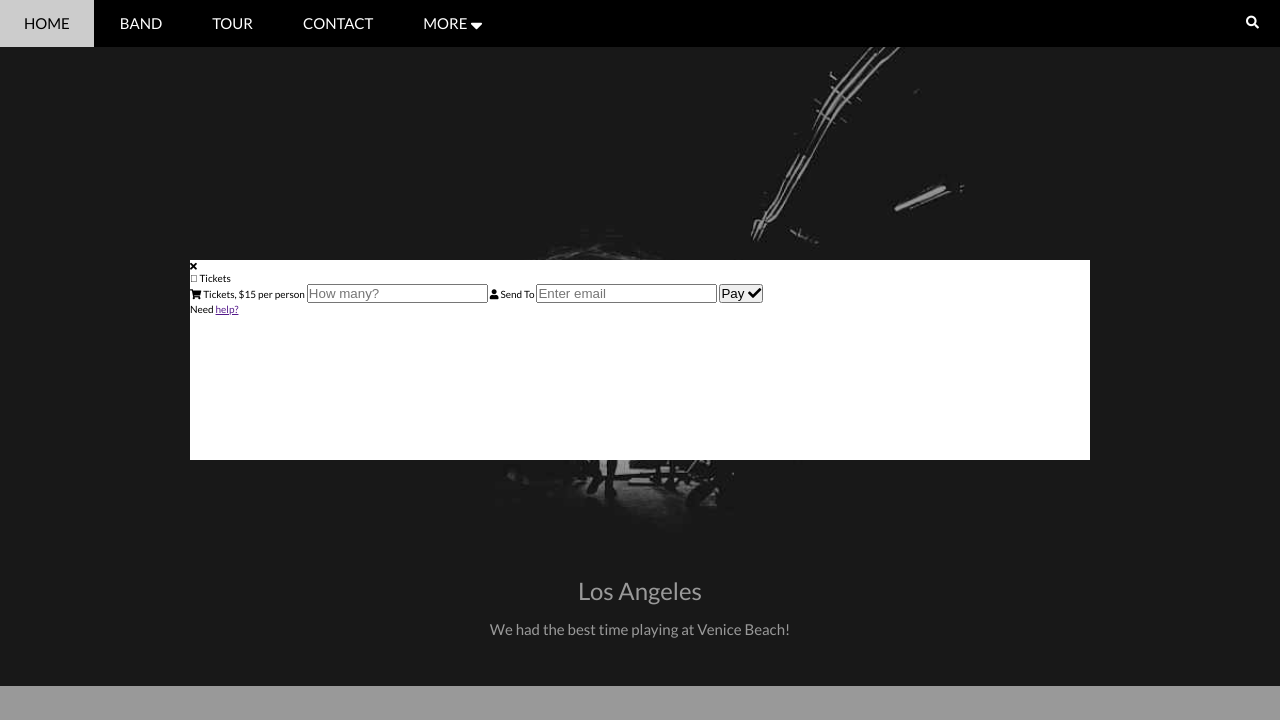
Repository: nguyenthaicong265/w3-band
Page: index.html
These files come from the project's save history. The page is drawn as it stood at one moment and after the next save; the edit follows.
The browser window is 1280 px wide. The pictures show the window.
A layer covers the whole window, so only the first screen is drawn.

Above is the page before, as saved 2022-01-03 11:38:33.

After the next save:
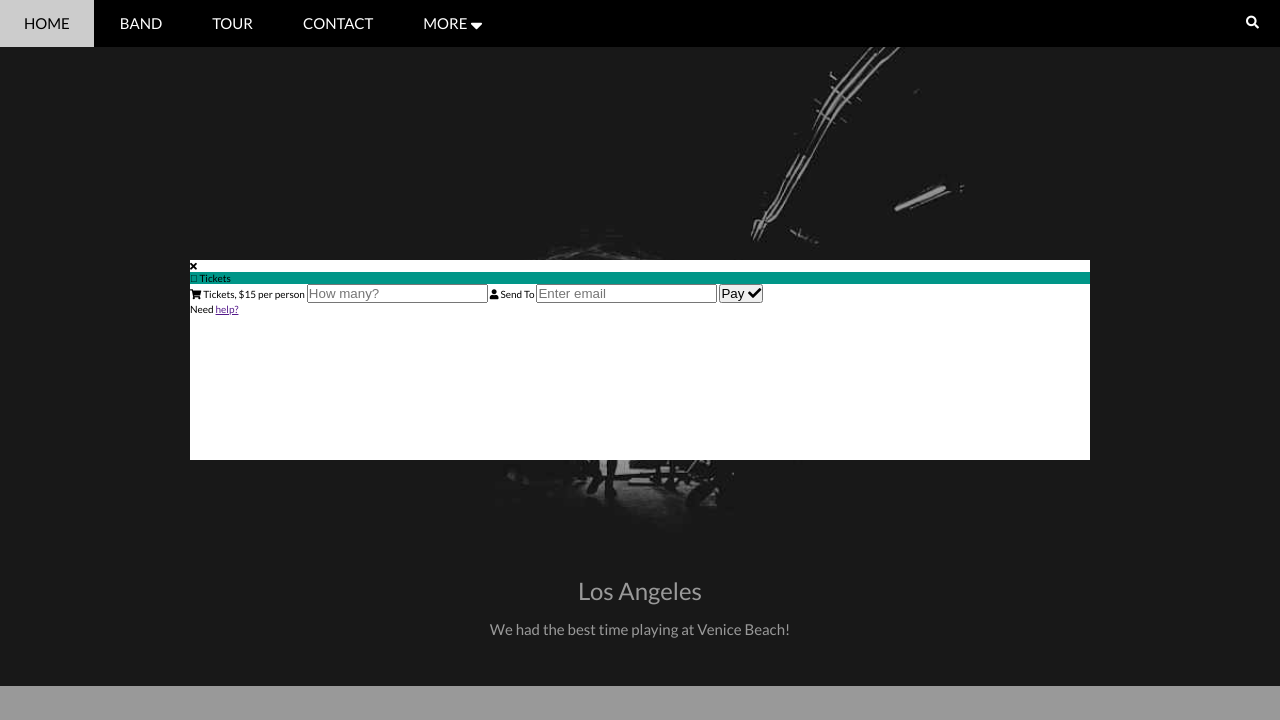
Saved 67 s later.
--- a/assets/css/styles.css
+++ b/assets/css/styles.css
@@ -325,3 +325,8 @@ html {
     width: 900px;
     min-height: 200px;
 }
+
+.modal-header {
+    background-color: #009688;
+
+}
